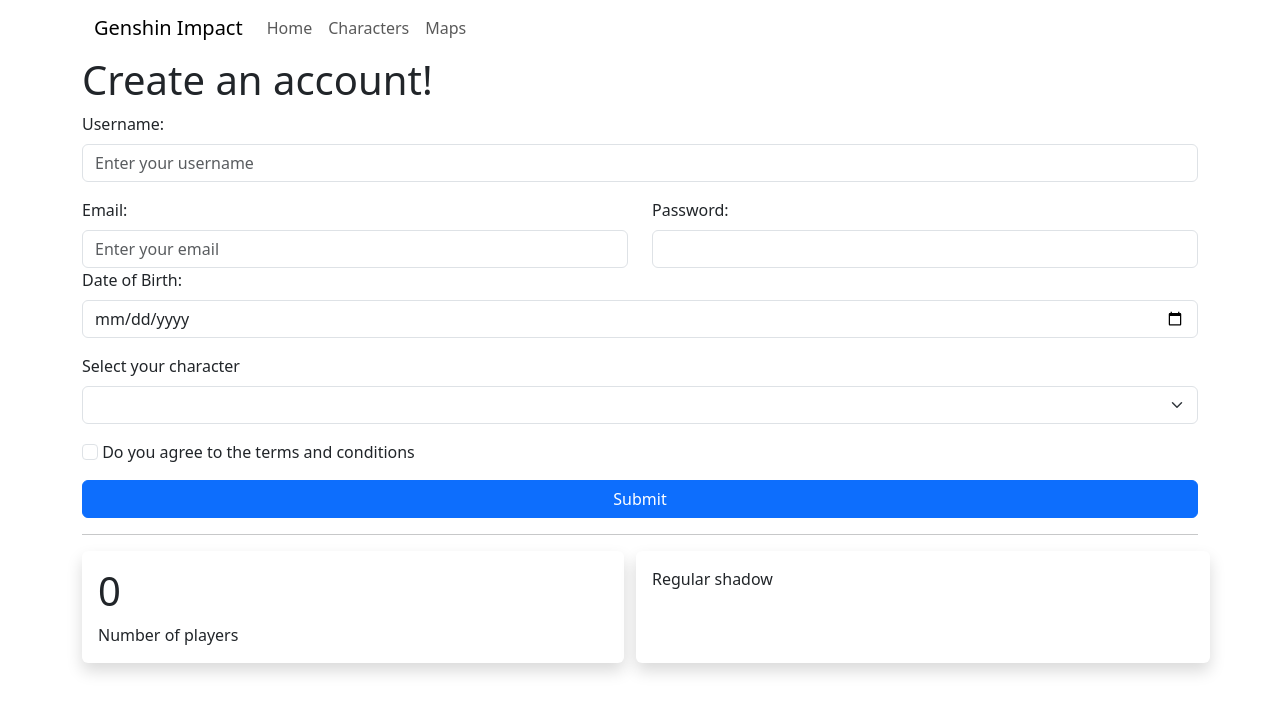
Repository: pendragons-code/BootStrap-Lesson
Page: static/html/genshin_account.html
The author's editor kept a copy of each file at every save. The page is drawn from the files as they stood at one save, then again after the next save.
The browser window is 1280 px wide. The pictures show the whole page.
The page's requests for data from a server got no answer.

Above is the page before, as saved 2024-07-22 12:59:10.

### static/html/genshin_account.html
<!DOCTYPE html>
<html lang="en">

<head>
	<meta charset="UTF-8">
	<meta name="viewport" content="width=device-width, initial-scale=1.0">
	<link href="https://cdn.jsdelivr.net/npm/bootstrap@5.3.3/dist/css/bootstrap.min.css" rel="stylesheet"
		integrity="sha384-QWTKZyjpPEjISv5WaRU9OFeRpok6YctnYmDr5pNlyT2bRjXh0JMhjY6hW+ALEwIH" crossorigin="anonymous">
	<script src="https://cdn.jsdelivr.net/npm/bootstrap@5.3.3/dist/js/bootstrap.bundle.min.js"
		integrity="sha384-YvpcrYf0tY3lHB60NNkmXc5s9fDVZLESaAA55NDzOxhy9GkcIdslK1eN7N6jIeHz"
		crossorigin="anonymous"></script>
	<script src="/js/genshin_users.js" defer></script>
	<script src="/js/genshin_form.js" defer></script>
	<title>Document</title>
</head>

<body>
	<div class="container">
		<nav class="navbar navbar-expand-sm bg-body-primary">
			<div class="container-fluid">
				<a class="navbar-brand" href="#">Genshin Impact</a>
				<button class="navbar-toggler" type="button" data-bs-toggle="collapse" data-bs-target="#navbarNav"
					aria-controls="navbarNav" aria-expanded="false" aria-label class="form-label"="Toggle navigation">
					<span class="navbar-toggler-icon"></span>
				</button>
				<div class="collapse navbar-collapse" id="navbarNav">
					<ul class="navbar-nav">
						<li class="nav-item">
							<a class="nav-link" href="#">Home</a>
						</li>
						<li class="nav-item">
							<a class="nav-link" href="#">Characters</a>
						</li>
						<li class="nav-item">
							<a class="nav-link" href="#">Maps</a>
						</li>
					</ul>
				</div>
			</div>
		</nav>
	</div>

	<form action="#" method="POST" class="container needs-validation" novalidate>
		<h1 class="display1">Create an account!</h1>
		<div class="row">
			<div class="col mb-3">
				<label class="form-label" for="usernameField">Username: </label>
				<input required=true class="form-control" type="text" id="usernameField"
					placeholder="Enter your username" name="username">
				<div class="invalid-feedback">Please provide valid username</div>
			</div>
		</div>

		<div class="row">
			<div class="col mb-3-12 col mb-3-sm-6">
				<label class="form-label" for="emailField">Email:</label>
				<input required=true class="form-control" type="email" id="emailField" placeholder="Enter your email"
					name="email">
				<div class="invalid-feedback">Please provide valid email</div>
			</div>

			<div class="col mb-3-12 col mb-3-sm-6">
				<label class="form-label" for="passwordField">Password: </label>
				<input required=true class="form-control" type="password" id="passwordField" name="password">
				<div class="invalid-feedback">Please provide valid password</div>
			</div>
		</div>

		<div class="row">
			<div class="col mb-3">
				<label class="form-label" for="dateOfBirth">Date of Birth: </label>
				<input class="form-control" type="date" id="dateOfBirth">
			</div>
		</div>


		<div class="row">
			<div class="col mb-3">
				<label class="form-label" for="character">Select your character</label>
				<select id="character" class="form-select" required=true>
					<div class="invalid-feedback">Please select character</div>
					<option></option>
					<option>Zhongli</option>
					<option>Nahida</option>
					<option>Kokomi</option>
					<option>Raiden</option>
				</select>
			</div>
		</div>


		<div class="row">
			<div class="col mb-3">
				<input required=true class="form-check-input required=true" type="checkbox" name="terms"
					id="termsField">
				<div class="invalid-feedback">Please agree to the terms and conditions</div>
				<label class="form-check-label" for="termsField">Do you agree to the terms and conditions</label>
			</div>
		</div>
		<div class="d-grid">
			<button type="submit" class="btn btn-primary">Submit</button>
		</div>

	</form>
	<div class="container">
		<hr>
		<div class="row">
			<div class="col">
				<div class="shadow p-3 mb-5 bg-body rounded">
					<h1>0</h1>
					<div>Number of players</div>
				</div>
			</div>
			<div class="col shadow p-3 mb-5 bg-body rounded">Regular shadow</div>
		</div>
	</div>
</body>

<script>
	(() => {
		'use strict'

		// Fetch all the forms we want to apply custom Bootstrap validation styles to
		var forms = document.querySelectorAll('.needs-validation')
		// Loop over them and prevent submission
		Array.prototype.slice.call(forms)
			.forEach(function (form) {
				form.addEventListener('submit', event => {
					if (!form.checkValidity()) {
						event.preventDefault()
						event.stopPropagation()
					}
					form.classList.add('was-validated')
				}, false)
			})
	})()</script>

</html>

### static/js/genshin_users.js
"use strict";

let users = [
	{
		username: "johndoe",
		character: "Nahida",
		dateJoined: "2024-01-01"
	},
	{
		username: "heehee",
		character: "Zhongli",
		dateJoined: "2024-01-01"
	},
	{
		username: "haaahaaa",
		character: "Kokomi",
		dateJoined: "2024-01-01"
	},
	{
		username: "hehehaha",
		character: "Nahida",
		dateJoined: "2024-01-01"
	},
	{
		username: "hahahehe",
		character: "Nahida",
		dateJoined: "2024-01-01"
	},
	{
		username: "weeeee",
		character: "Nahida",
		dateJoined: "2024-01-01"
	},
];

### static/js/genshin_form.js
"use strict";

console.log(users);

async function fetchSite() {
	let main = await fetch("https://www.sp.edu.sg/");
	console.log(main);
}

fetchSite()

After the next save:
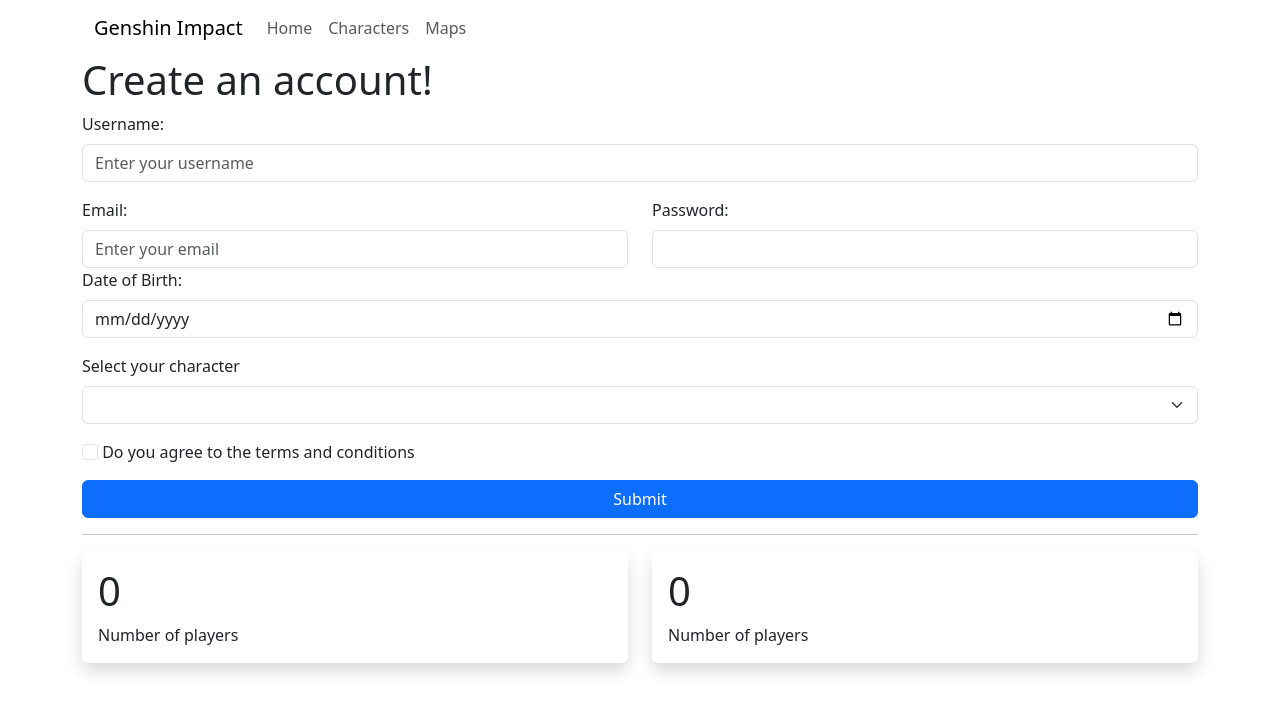
Saved 9 s later.
--- a/static/html/genshin_account.html
+++ b/static/html/genshin_account.html
@@ -111,7 +111,12 @@
 					<div>Number of players</div>
 				</div>
 			</div>
-			<div class="col shadow p-3 mb-5 bg-body rounded">Regular shadow</div>
+			<div class="col">
+				<div class="shadow p-3 mb-5 bg-body rounded">
+					<h1>0</h1>
+					<div>Number of players</div>
+				</div>
+			</div>
 		</div>
 	</div>
 </body>
